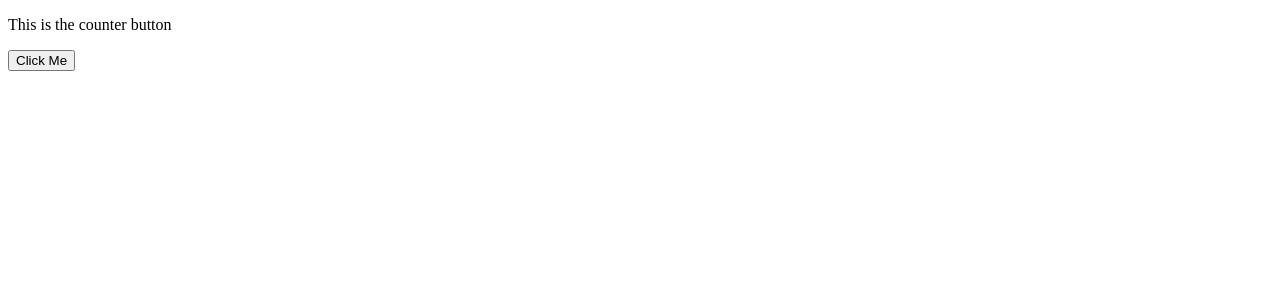
Repository: Aditya0377/Assignments
Page: Assignment/javascript practise/Counter.html
The author's editor kept a copy of each file at every save. The page is drawn from the files as they stood at one save, then again after the next save.
The browser window is 1280 px wide. The pictures show the whole page.

Above is the page before, as saved 2024-02-23 20:56:23.

### Assignment/javascript practise/Counter.html
<!DOCTYPE html>
<html lang="en">

<head>
    <meta charset="UTF-8">
    <meta name="viewport" content="width=device-width, initial-scale=1.0">
    <title>Counter</title>
</head>
<style>

</style>

<body>
    <p>This is the counter button</p>
    <button onclick="counterincrement">Click Me</button>
</body>

</html>

After the next save:
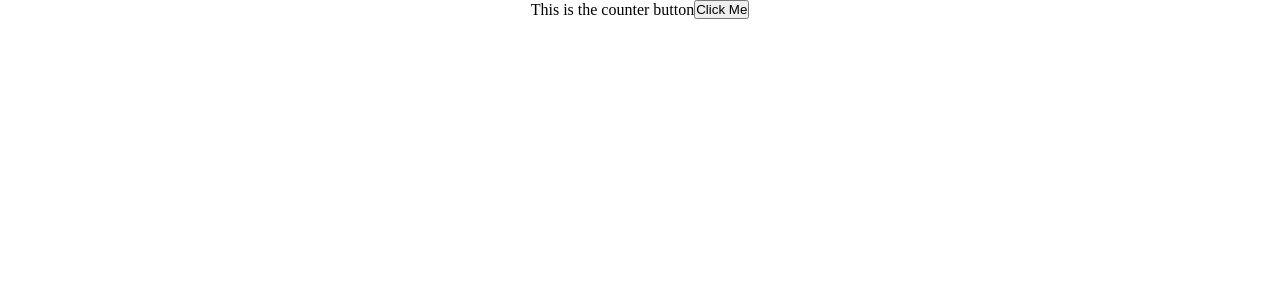
Saved 59 s later.
--- a/Assignment/javascript practise/Counter.html
+++ b/Assignment/javascript practise/Counter.html
@@ -7,7 +7,17 @@
     <title>Counter</title>
 </head>
 <style>
+    * {
+        box-sizing: border-box;
+        margin: 0px;
+        padding: 0px;
+    }
 
+    body {
+        display: flex;
+        justify-content: center;
+        align-items: center;
+    }
 </style>
 
 <body>
